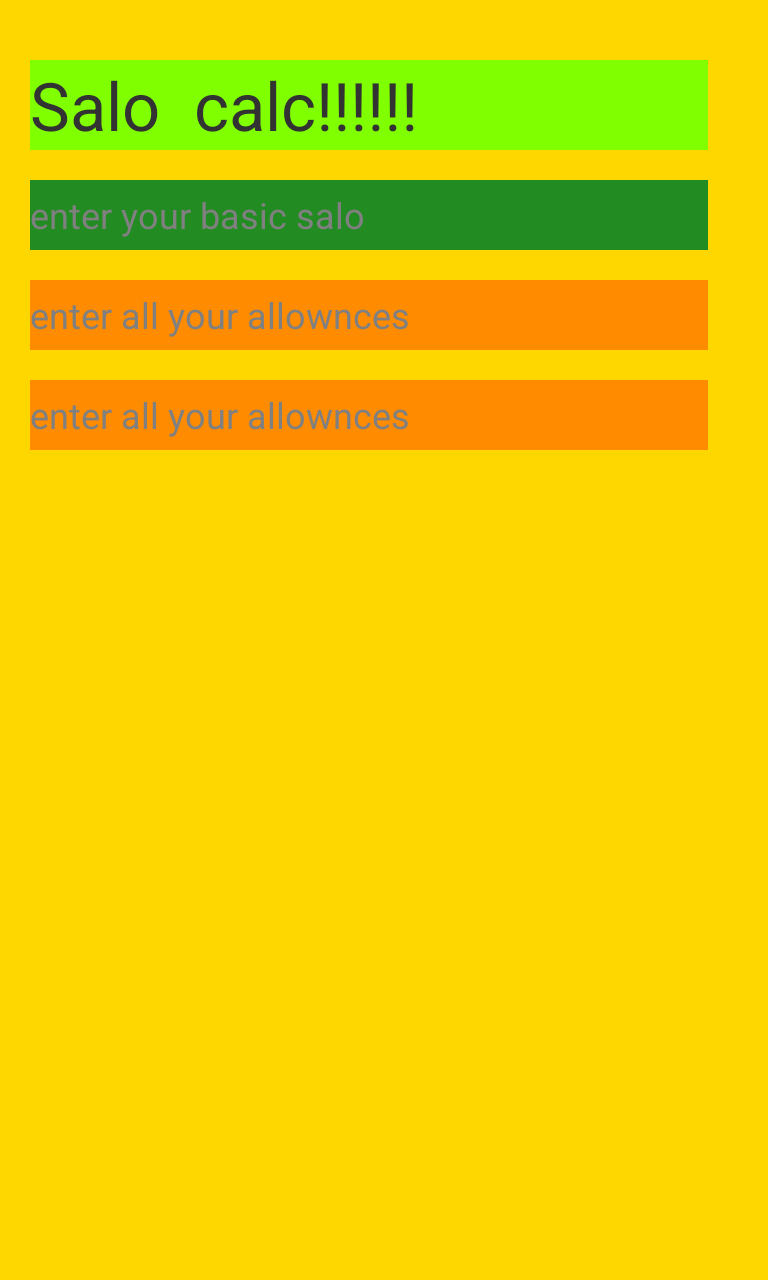
Repository: njiiriJohnii/Android-projects
Layout: salo/res/layout/activity_main.xml
These files come from the project's save history. The layout is drawn as it stood at one moment and after the next save; the edit follows.
It is drawn on a 768 x 1280 px phone screen (xhdpi) without system bars, with theme AppTheme; the app's code is not run.

Above is the layout before, as saved 2014-05-29 19:11:46.

### salo/res/layout/activity_main.xml
<LinearLayout xmlns:android="http://schemas.android.com/apk/res/android"
    android:layout_width="fill_parent"
    android:layout_height="fill_parent"
    android:background="#FFD700"
    android:orientation="vertical" >

    <TextView
        android:id="@+id/sal"
        android:layout_width="fill_parent"
        android:layout_height="wrap_content"
        android:layout_marginLeft="15dp"
        android:layout_marginRight="30dp"
        android:layout_marginTop="30dp"
        android:background="#7FFF00"
        android:fontFamily="verdana"
        android:text="Salo  calc!!!!!!"
        android:textSize="15pt" />

    <EditText
        android:id="@+id/basic"
        android:layout_width="fill_parent"
        android:layout_height="wrap_content"
        android:layout_marginLeft="15dp"
        android:layout_marginRight="30dp"
        android:layout_marginTop="15dp"
        android:background="#228B22"
        android:ems="10"
        android:height="35dp"
        android:hint="enter your basic salo" >
    </EditText>
     <EditText
        android:id="@+id/allowances"
        android:layout_width="fill_parent"
        android:layout_height="wrap_content"
        android:layout_marginLeft="15dp"
        android:layout_marginRight="30dp"
        android:layout_marginTop="15dp"
        android:background="#FF8C00"
        android:ems="10"
        android:height="35dp"
        android:hint="enter all your allownces" >
    </EditText>
     <EditText
        android:id="@+id/gross"
        android:layout_width="fill_parent"
        android:layout_height="wrap_content"
        android:layout_marginLeft="15dp"
        android:layout_marginRight="30dp"
        android:layout_marginTop="15dp"
        android:background="#FF8C00"
        android:ems="10"
        android:height="35dp"
        android:hint="enter all your allownces" >
    </EditText>

</LinearLayout>

Loaded but not shown: salo/res/values/styles.xml (common file); salo/res/values-v11/styles.xml (common file); salo/res/values-v14/styles.xml (common file)

After the next save:
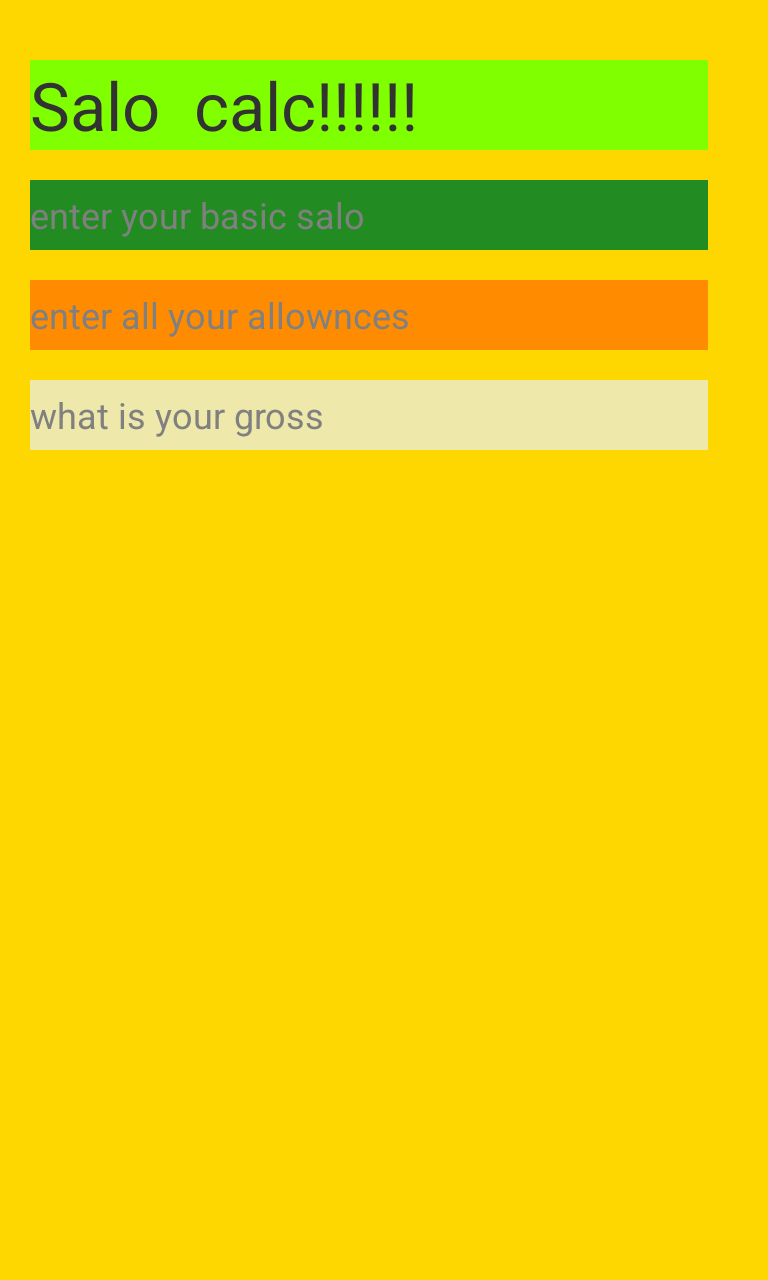
Saved 43 s later.
--- a/salo/res/layout/activity_main.xml
+++ b/salo/res/layout/activity_main.xml
@@ -47,10 +47,10 @@
         android:layout_marginLeft="15dp"
         android:layout_marginRight="30dp"
         android:layout_marginTop="15dp"
-        android:background="#FF8C00"
+        android:background="#EEE8AA"
         android:ems="10"
         android:height="35dp"
-        android:hint="enter all your allownces" >
+        android:hint="what is your gross" >
     </EditText>
 
 </LinearLayout>
